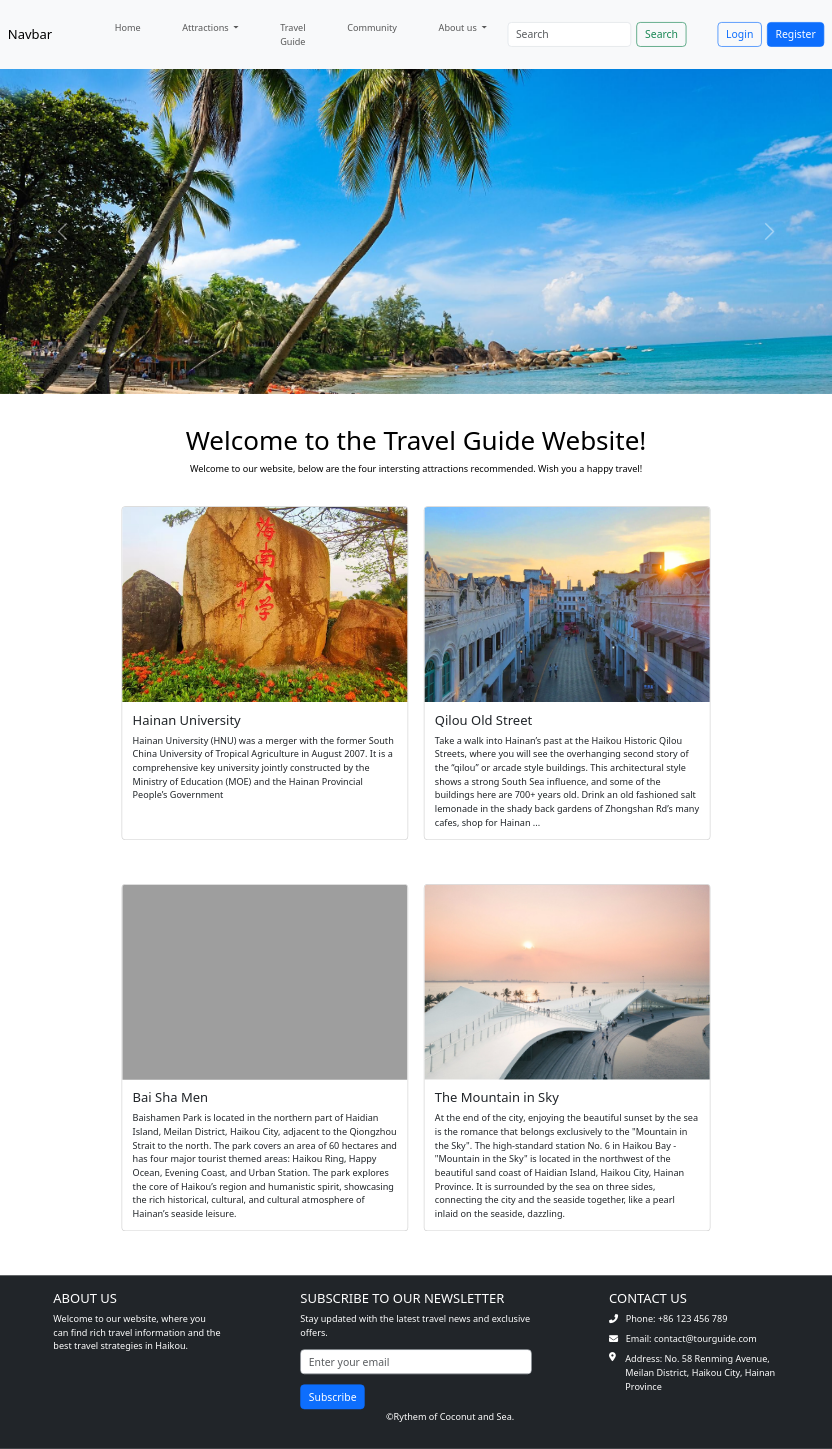
Repository: NIIT-RG6/web-project
Page: /
These files come from the project's save history. The page is drawn as it stood at one moment and after the next save; the edit follows.
The browser window is 1280 px wide. The pictures show the whole page, at 65% of full size.
Pictures or frames that could not be fetched are drawn as grey boxes. The project was rebuilt for these pictures with package versions that can differ from the ones it lists, and the page was loaded fresh each time. Also part of the build but not shown: vue.config.js, src/views/College.vue, src/views/Foods.vue, src/views/Park.vue, src/views/Sky.vue, src/views/Street.vue, src/views/StrategyHome.vue, src/views/StrategyBlog.vue and 6 more. Imported but missing from the stored project, and not drawn on this page: src/assets/js/vuetify.js.

Above is the page before, as saved 2024-10-25 03:59:41.

After the next save:
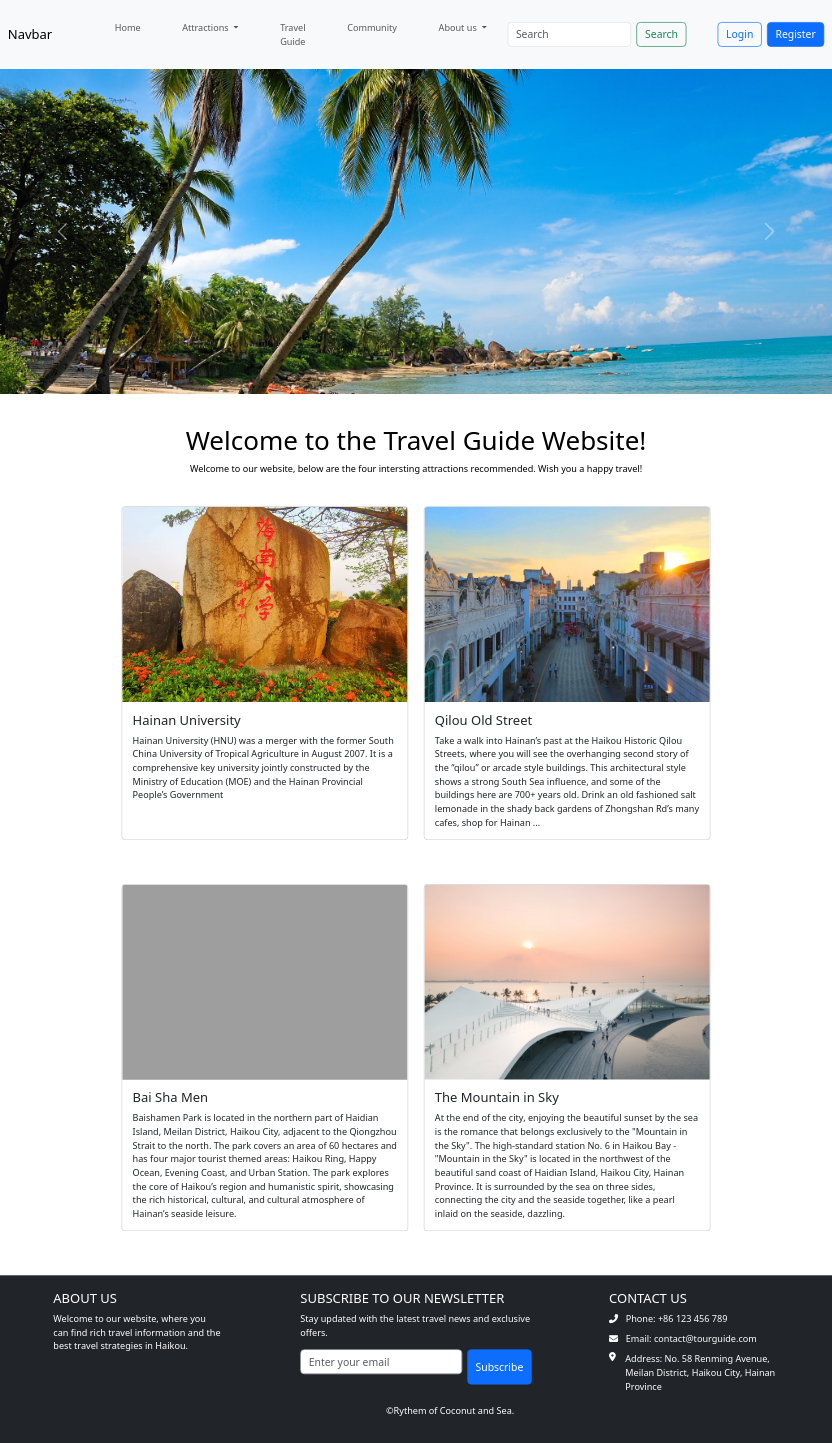
Saved 3 min 17 s later.
--- a/src/components/AppFooter.vue
+++ b/src/components/AppFooter.vue
@@ -14,8 +14,8 @@
                 <div class="col-md-4 offset-md-1">
                     <h5>SUBSCRIBE TO OUR NEWSLETTER</h5>
                     <p>Stay updated with the latest travel news and exclusive offers.</p>
-                    <form>
-                        <div class="mb-3">
+                    <form class="d-flex">
+                        <div class="mb-3 flex-grow-1 me-2">
                             <input type="email" class="form-control" placeholder="Enter your email" />
                         </div>
                         <button type="submit" class="btn btn-primary">Subscribe</button>
